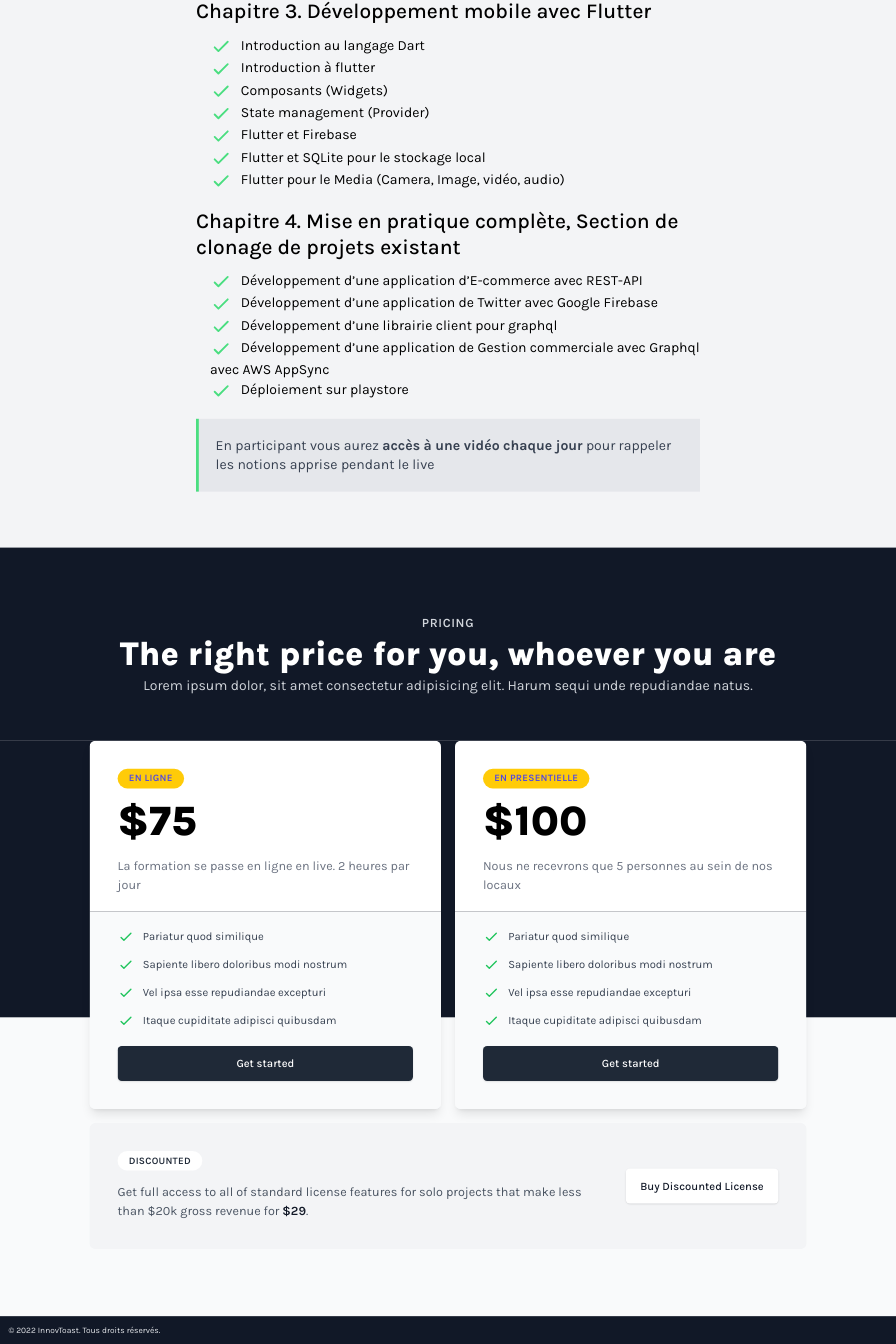
Repository: alfredlwanzo/course
Page: /
An editor plug-in stored every save of this project. The page is shown before and after the next save, followed by the edit.
The browser window is 1280 px wide. The pictures show the part of the page from y = 1706 to 3626 px (the page is 3626 px tall), at 70% of full size.
The project was rebuilt for these pictures with package versions that can differ from the ones it lists, and the page was loaded fresh each time. The framework's server and built-in components were replaced by stand-ins that run in the browser. Also part of the build but not shown: next.config.js.

Above is the page before, as saved 2022-08-09 12:40:18.

### pages/_app.tsx
import '../src/styles/globals.css'
import type { AppProps } from 'next/app'

function MyApp({ Component, pageProps }: AppProps) {
  return <Component {...pageProps} />
}

export default MyApp

### pages/_document.tsx
import NextDocument, { Html, Head, Main, NextScript } from "next/document";

type Props = {};

class MyDocument extends NextDocument<Props> {
  render() {
    return (
      <Html>
        <Head>
          <link rel="manifest" href="/manifest.json" />
          <link rel="apple-touch-icon" href="/icon.png"></link>
          <meta name="theme-color" content="#FFCB08" />
          <link rel="icon" href="/favicon.ico" />
        </Head>
        <body>
          <Main />
          <NextScript />
        </body>
      </Html>
    );
  }
}

export default MyDocument;

### pages/index.tsx
import Footer from '@src/components/Footers/Footer'
import ContentSection from '@src/components/sections/Content'
import HomeSection from '@src/components/sections/Home'
import PricingSection from '@src/components/sections/Pricing'
import type { NextPage } from 'next'
import Head from 'next/head'
import Image from 'next/image'


const Home: NextPage = () => {
  return (
    <div className="">
      <Head>
        <title>Innov | Bootcamp pour devenir fullStack developpeur</title>
        <meta name="description" content="Generated by create next app" />
        <link rel="icon" href="/favicon.ico" />
      </Head>

      <main className="">
       <section className="bg-primary pt-28 pb-14 md:pb-28">
        {/* section Home */}
        <HomeSection/>
       </section>

       {/* section content */}
       <section className="py-6 md:py-20">
        <ContentSection/>
       </section>
       {/* Section pricing */}
       <section>
        <PricingSection/>
       </section>
      </main>

      <Footer/>
    </div>
  )
}

export default Home

### src/styles/globals.css

/* Fonts: Comfortaa & Karla */
@import url('https://fonts.googleapis.com/css2?family=Comfortaa:wght@300;400;500;600;700&display=swap');
@import url('https://fonts.googleapis.com/css2?family=Karla:ital,wght@0,200;0,300;0,400;0,500;0,600;0,700;0,800;1,200;1,300;1,400;1,500;1,600;1,700;1,800&display=swap');

/* tailwind */
@tailwind base;
@tailwind components;
@tailwind utilities;


html,
body {
  padding: 0;
  margin: 0;
  @apply bg-gray-100;
  font-family: 'Karla', sans-serif;
}

a {
  color: inherit;
  text-decoration: none;
}

* {
  box-sizing: border-box;
}

### src/components/Footers/Footer.tsx
import React from 'react'
import Copyright from './Copyright'


const Footer = () => {
  return (
    <div className='bg-gray-900'>
        <Copyright/>
    </div>
  )
}

export default Footer

### src/components/sections/Content.tsx
import React from "react";
import { CheckIcon } from "@heroicons/react/outline";

const ContentSection = () => {
  return (
    <article className="max-w-3xl mx-auto px-3 sm:px-6">
      <blockquote className="bg-black border-l-8 border-l-primary text-gray-100 p-4">
        <h6 className="text-primary text-3xl">Contenu</h6>
        Nous avons mis du temps pour préparer ce contenue riche, nous allons une approche de rentre de notion complexe, facile à comprendre. Nous voulons qu’une personne après avoir participer à cette formation de Full-stack developer, soit capable de produire une application de A à Z sans beaucoup de difficultés. Notre Objectif est de créer de meilleurs développeurs Full-stack indépendant.
      </blockquote>
      {/* Chapter 1 */}
      <div className="mt-6">
        <h2 className="text-3xl font-medium">
          Chapitre 1. Développer des API pour votre application avec Nodejs
        </h2>
        <ul className="list-inside pl-5 mt-4">
          <li className="text-xl ">
            <CheckIcon className="inline-block h-8 w-8 mr-3 text-green-400" />
            Introduction général à nodejs
          </li>
          <li className="text-xl ">
            <CheckIcon className="inline-block h-8 w-8 mr-3 text-green-400" />
            Structure de contrôle
          </li>
          <li className="text-xl ">
            <CheckIcon className="inline-block h-8 w-8 mr-3 text-green-400" />
            Structure de données
          </li>
          <li className="text-xl ">
            <CheckIcon className="inline-block h-8 w-8 mr-3 text-green-400" />
            Introduction à Express.js
          </li>
          <li className="text-xl ">
            <CheckIcon className="inline-block h-8 w-8 mr-3 text-green-400" />
            Premier API REST avec Express
          </li>
          <li className="text-xl ">
            <CheckIcon className="inline-block h-8 w-8 mr-3 text-green-400" />
            Notion sur Mongodb
          </li>
          <li className="text-xl ">
            <CheckIcon className="inline-block h-8 w-8 mr-3 text-green-400" />
            Express et Mongodb + Prisma
          </li>
          <li className="text-xl ">
            <CheckIcon className="inline-block h-8 w-8 mr-3 text-green-400" />
            Notion sur le Graphql
          </li>
          <li className="text-xl ">
            <CheckIcon className="inline-block h-8 w-8 mr-3 text-green-400" />
            Apollo-graphql + mongoose
          </li>
        </ul>
      </div>
      {/* Chapitre 2 */}
      <div className="mt-6">
        <h2 className="text-3xl font-medium">
          Chapitre 2. Mise en pratique de développement serveur
        </h2>
        <ul className="list-inside pl-5 mt-4 ">
          <li className="text-xl ">
            <CheckIcon className="inline-block h-8 w-8 mr-3 text-green-400" />
            REST-API d’E-commerce avec express et mongodb
          </li>
          <li className="text-xl ">
            <CheckIcon className="inline-block h-8 w-8 mr-3 text-green-400" />
            Graphql-API d’application de gestion avec apollo-server et mongodb
          </li>
          <li className="text-xl ">
            <CheckIcon className="inline-block h-8 w-8 mr-3 text-green-400" />
            Dockerfile
          </li>
          <li className="text-xl ">
            <CheckIcon className="inline-block h-8 w-8 mr-3 text-green-400" />
            Déploiement sur Google cloud Run
          </li>
        </ul>
      </div>
      {/* Chapitre 3 */}
      <div className="mt-6">
        <h2 className="text-3xl font-medium">
          Chapitre 3. Développement mobile avec Flutter
        </h2>
        <ul className="list-inside pl-5 mt-4 ">
          <li className="text-xl ">
            <CheckIcon className="inline-block h-8 w-8 mr-3 text-green-400" />
            Introduction au langage Dart
          </li>
          <li className="text-xl ">
            <CheckIcon className="inline-block h-8 w-8 mr-3 text-green-400" />
            Introduction à flutter
          </li>
          <li className="text-xl ">
            <CheckIcon className="inline-block h-8 w-8 mr-3 text-green-400" />
            Composants (Widgets)
          </li>
          <li className="text-xl ">
            <CheckIcon className="inline-block h-8 w-8 mr-3 text-green-400" />
            State management (Provider)
          </li>
          <li className="text-xl ">
            <CheckIcon className="inline-block h-8 w-8 mr-3 text-green-400" />
            Flutter et Firebase
          </li>
          <li className="text-xl ">
            <CheckIcon className="inline-block h-8 w-8 mr-3 text-green-400" />
            Flutter et SQLite pour le stockage local
          </li>
          <li className="text-xl ">
            <CheckIcon className="inline-block h-8 w-8 mr-3 text-green-400" />
            Flutter pour le Media (Camera, Image, vidéo, audio)
          </li>
        </ul>
      </div>
       {/* Chapitre 4 */}
       <div className="mt-6">
        <h2 className="text-3xl font-medium">
          Chapitre 4. Mise en pratique complète, Section de clonage de projets existant
        </h2>
        <ul className="list-inside pl-5 mt-4 ">
          <li className="text-xl ">
            <CheckIcon className="inline-block h-8 w-8 mr-3 text-green-400" />
            Développement d’une application d’E-commerce avec REST-API
          </li>
          <li className="text-xl ">
            <CheckIcon className="inline-block h-8 w-8 mr-3 text-green-400" />
            Développement d’une application de Twitter avec Google Firebase
          </li>
          <li className="text-xl ">
            <CheckIcon className="inline-block h-8 w-8 mr-3 text-green-400" />
            Développement d’une librairie client pour graphql
          </li>
          <li className="text-xl ">
            <CheckIcon className="inline-block h-8 w-8 mr-3 text-green-400" />
            Développement d’une application de Gestion commerciale avec Graphql avec AWS AppSync
          </li>
          <li className="text-xl ">
            <CheckIcon className="inline-block h-8 w-8 mr-3 text-green-400" />
            Déploiement sur playstore
          </li>
        </ul>
      </div>
      <blockquote className="border-l-4 border-l-green-400 p-6 mt-6 bg-gray-200 text-xl text-gray-700">
        En participant vous aurez <span className="font-bold">accès à une vidéo chaque jour</span> pour rappeler les notions apprise pendant le live
      </blockquote>
    </article>
  );
};

export default ContentSection;

### src/components/sections/Home.tsx
import React from "react";
import SubscribeButton from "../buttons/SubscribeButton";
import PairProgramming from "../icons/PairProgramming";

const HomeSection = () => {
  return (
    <div className="max-w-7xl mx-auto px-3 sm:px-6">
      <div className="grid md:grid-cols-2 gap-10 lg:gap-0">
        <div>
          <div className="bg-gray-700 bg-opacity-40 w-max py-1 px-3 rounded-full">
            <h6 className="font-bold text-primary">
              Du 1 septembre au 25 octobre 2022.
            </h6>
          </div>
          <h1 className="text-5xl md:text-6xl font-extrabold uppercase mt-2">
            Bootcamp pour devenir full-stack developpeur
          </h1>
          <p className="text-xl mt-2">
            Ce bootcamp est une machine pour vous transformer en un développeur
            Full-Stack. Vous allez apprendre plusieurs notions difficiles à
            trouver dans nos universités. Avec 6 projets réels à développer,
            nous espèrons que vous allez aimer l’aventure.{" "}
            <span className="font-comfortaa font-bold">Innov</span> (notre
            équipe) prépare les séances avec totale concentration, dans le but
            de vous fournir du contenu riche et surtout simple à comprendre.
          </p>
          <div className="hidden md:block mt-9">
            <SubscribeButton />
          </div>
        </div>
        <div className="flex flex-col items-center justify-center">
          <PairProgramming className="w-auto h-52 md:h-80 -bottom-10" />
          <div className="block md:hidden mt-12">
            <SubscribeButton />
          </div>
        </div>
      </div>
    </div>
  );
};

export default HomeSection;

### src/components/sections/Pricing.tsx
import { CheckIcon } from '@heroicons/react/outline'

const tiers = [
  {
    name: 'En ligne',
    href: '#',
    price: 75,
    description: "La formation se passe en ligne en live.  2 heures par jour",
    features: [
      'Pariatur quod similique',
      'Sapiente libero doloribus modi nostrum',
      'Vel ipsa esse repudiandae excepturi',
      'Itaque cupiditate adipisci quibusdam',
    ],
  },
  {
    name: 'En presentielle',
    href: '#',
    price: 100,
    description: 'Nous ne recevrons que 5 personnes au sein de nos locaux',
    features: [
      'Pariatur quod similique',
      'Sapiente libero doloribus modi nostrum',
      'Vel ipsa esse repudiandae excepturi',
      'Itaque cupiditate adipisci quibusdam',
    ],
  },
]

export default function PricingSection() {
  return (
    <div className="bg-gray-900">
      <div className="pt-12 sm:pt-16 lg:pt-24">
        <div className="max-w-7xl mx-auto text-center px-4 sm:px-6 lg:px-8">
          <div className="max-w-3xl mx-auto space-y-2 lg:max-w-none">
            <h2 className="text-lg leading-6 font-semibold text-gray-300 uppercase tracking-wider">Pricing</h2>
            <p className="text-3xl font-extrabold text-white sm:text-4xl lg:text-5xl">
              The right price for you, whoever you are
            </p>
            <p className="text-xl text-gray-300">
              Lorem ipsum dolor, sit amet consectetur adipisicing elit. Harum sequi unde repudiandae natus.
            </p>
          </div>
        </div>
      </div>
      <div className="mt-8 pb-12 bg-gray-50 sm:mt-12 sm:pb-16 lg:mt-16 lg:pb-24">
        <div className="relative">
          <div className="absolute inset-0 h-3/4 bg-gray-900" />
          <div className="relative z-10 max-w-7xl mx-auto px-4 sm:px-6 lg:px-8">
            <div className="max-w-md mx-auto space-y-4 lg:max-w-5xl lg:grid lg:grid-cols-2 lg:gap-5 lg:space-y-0">
              {tiers.map((tier) => (
                <div key={tier.name} className="flex flex-col rounded-lg shadow-lg overflow-hidden">
                  <div className="px-6 py-8 bg-white sm:p-10 sm:pb-6">
                    <div>
                      <h3
                        className="inline-flex px-4 py-1 rounded-full text-sm font-semibold tracking-wide uppercase bg-primary text-indigo-600"
                        id="tier-standard"
                      >
                        {tier.name}
                      </h3>
                    </div>
                    <div className="mt-4 flex items-baseline text-6xl font-extrabold">
                      ${tier.price}
                    </div>
                    <p className="mt-5 text-lg text-gray-500">{tier.description}</p>
                  </div>
                  <div className="flex-1 flex flex-col justify-between px-6 pt-6 pb-8 bg-gray-50 space-y-6 sm:p-10 sm:pt-6">
                    <ul role="list" className="space-y-4">
                      {tier.features.map((feature) => (
                        <li key={feature} className="flex items-start">
                          <div className="flex-shrink-0">
                            <CheckIcon className="h-6 w-6 text-green-500" aria-hidden="true" />
                          </div>
                          <p className="ml-3 text-base text-gray-700">{feature}</p>
                        </li>
                      ))}
                    </ul>
                    <div className="rounded-md shadow">
                      <a
                        href={tier.href}
                        className="flex items-center justify-center px-5 py-3 border border-transparent text-base font-medium rounded-md text-white bg-gray-800 hover:bg-gray-900"
                        aria-describedby="tier-standard"
                      >
                        Get started
                      </a>
                    </div>
                  </div>
                </div>
              ))}
            </div>
          </div>
        </div>
        <div className="mt-4 relative max-w-7xl mx-auto px-4 sm:px-6 lg:px-8 lg:mt-5">
          <div className="max-w-md mx-auto lg:max-w-5xl">
            <div className="rounded-lg bg-gray-100 px-6 py-8 sm:p-10 lg:flex lg:items-center">
              <div className="flex-1">
                <div>
                  <h3 className="inline-flex px-4 py-1 rounded-full text-sm font-semibold tracking-wide uppercase bg-white text-gray-800">
                    Discounted
                  </h3>
                </div>
                <div className="mt-4 text-lg text-gray-600">
                  Get full access to all of standard license features for solo projects that make less than $20k gross
                  revenue for <span className="font-semibold text-gray-900">$29</span>.
                </div>
              </div>
              <div className="mt-6 rounded-md shadow lg:mt-0 lg:ml-10 lg:flex-shrink-0">
                <a
                  href="#"
                  className="flex items-center justify-center px-5 py-3 border border-transparent text-base font-medium rounded-md text-gray-900 bg-white hover:bg-gray-50"
                >
                  Buy Discounted License
                </a>
              </div>
            </div>
          </div>
        </div>
      </div>
    </div>
  )
}

### src/components/Footers/Copyright.tsx
import React from 'react'

const Copyright = () => {
  return (
    <div className='max-w-7xl mx-auto px-3 sm:px-6" py-3 text-gray-200 '>
        <p className='text-xs'>© 2022 InnovToast. Tous droits réservés.</p>
    </div>
  )
}

export default Copyright

### src/components/buttons/SubscribeButton.tsx
import React from "react";

const SubscribeButton = () => {
  return (
    <a
      href="https://wa.me/+243978154329"
      target="_blank"
      rel="noreferrer"
      className="bg-black text-primary py-4 px-10 text-xl font-semibold rounded-full border-4 border-gray-800 hover:bg-opacity-95 hover:border-gray-900"
    >
      Inscrivez-vous!
    </a>
  );
};

export default SubscribeButton;

Loaded but not shown: tailwind.config.js (18 lines, source omitted); src/components/icons/PairProgramming.tsx (865 lines, source omitted)

After the next save:
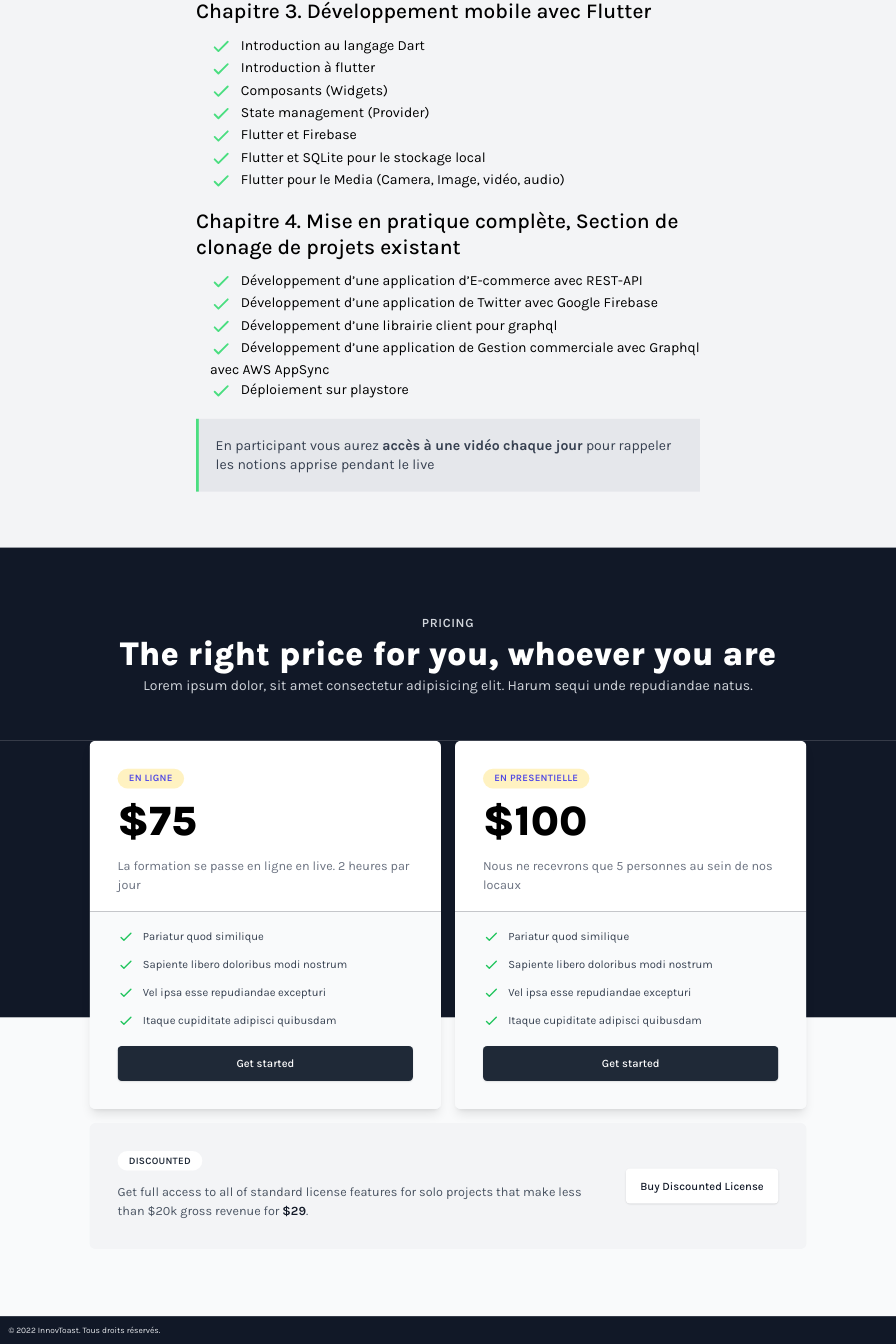
Saved 17 s later.
--- a/src/components/sections/Pricing.tsx
+++ b/src/components/sections/Pricing.tsx
@@ -53,7 +53,7 @@
                   <div className="px-6 py-8 bg-white sm:p-10 sm:pb-6">
                     <div>
                       <h3
-                        className="inline-flex px-4 py-1 rounded-full text-sm font-semibold tracking-wide uppercase bg-primary text-indigo-600"
+                        className="inline-flex px-4 py-1 rounded-full text-sm font-semibold tracking-wide uppercase bg-primary bg-opacity-25 text-indigo-600"
                         id="tier-standard"
                       >
                         {tier.name}
